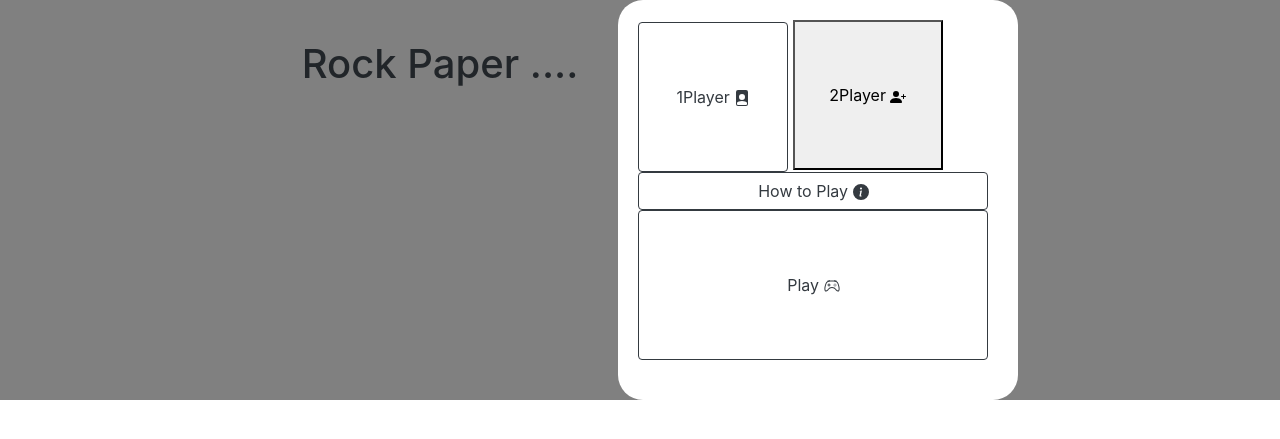
Repository: hossamsulleman1/Colllege-rock-paper-game
Page: index.html
These files come from the project's save history. The page is drawn as it stood at one moment and after the next save; the edit follows.
The browser window is 1280 px wide. The pictures show the whole page.

Above is the page before, as saved 2020-09-15 10:44:39.
Console error: SyntaxError: Unexpected token '<'

After the next save:
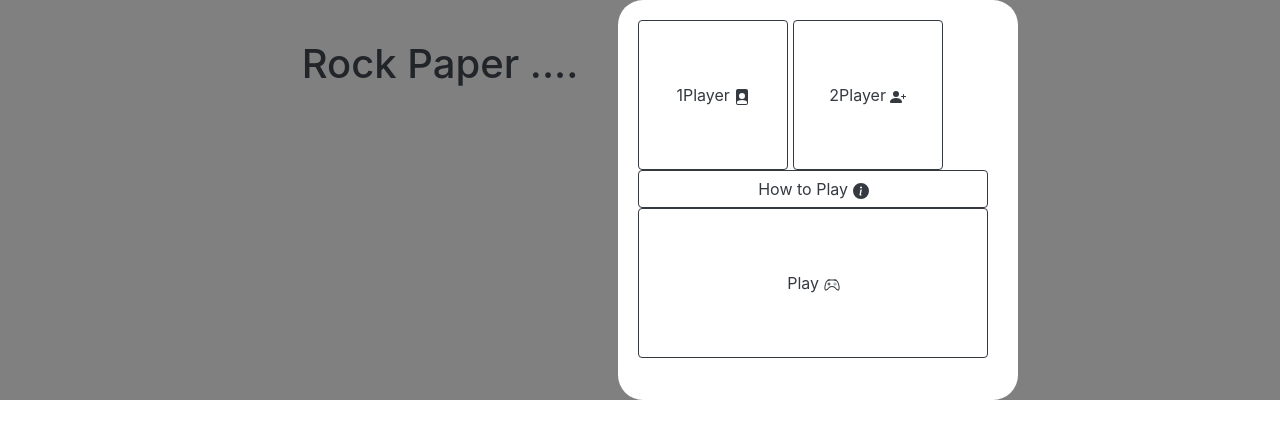
Saved 27 s later.
--- a/index.html
+++ b/index.html
@@ -18,7 +18,7 @@
         <path fill-rule="evenodd" d="M12 0H4a2 2 0 0 0-2 2v12a2 2 0 0 0 2 2h8a2 2 0 0 0 2-2V2a2 2 0 0 0-2-2zm-1 7a3 3 0 1 1-6 0 3 3 0 0 1 6 0zm-3 4c2.623 0 4.146.826 5 1.755V14a1 1 0 0 1-1 1H4a1 1 0 0 1-1-1v-1.245C3.854 11.825 5.377 11 8 11z"/>
       </svg>
 </button>
-<button style="height: 150px; width: 150px; class="btn btn-outline-dark">
+<button style="height: 150px; width: 150px;"class="btn btn-outline-dark">
     2Player
     <svg width="1em" height="1em" viewBox="0 0 16 16" class="bi bi-person-plus-fill" fill="currentColor" xmlns="http://www.w3.org/2000/svg">
         <path fill-rule="evenodd" d="M1 14s-1 0-1-1 1-4 6-4 6 3 6 4-1 1-1 1H1zm5-6a3 3 0 1 0 0-6 3 3 0 0 0 0 6zm7.5-3a.5.5 0 0 1 .5.5V7h1.5a.5.5 0 0 1 0 1H14v1.5a.5.5 0 0 1-1 0V8h-1.5a.5.5 0 0 1 0-1H13V5.5a.5.5 0 0 1 .5-.5z"/>
